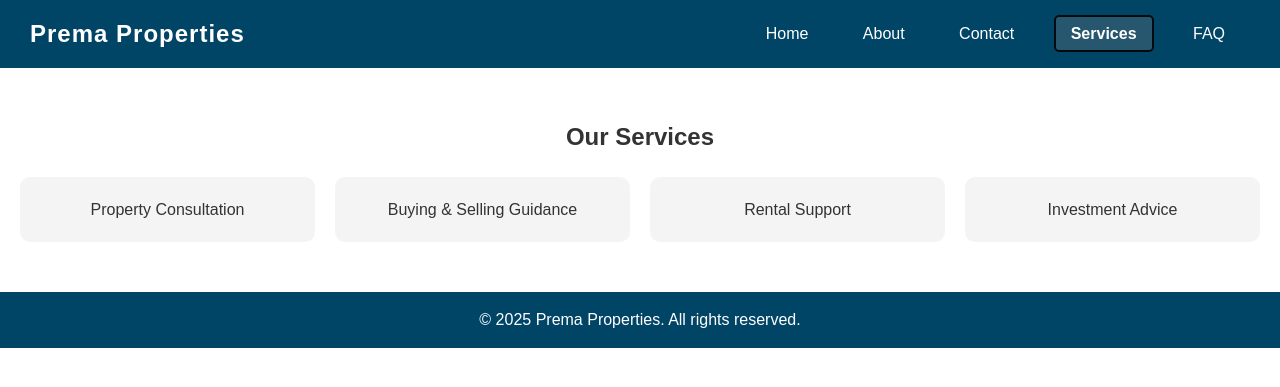
Repository: mnqobiMenzi/Prema-Properties
Page: services.html
An editor plug-in stored every save of this project. The page is shown before and after the next save, followed by the edit.
The browser window is 1280 px wide. The pictures show the whole page.

Above is the page before, as saved 2025-10-04 08:56:21.

### services.html
<!DOCTYPE html>
<html lang="en">
<head>
  <meta charset="UTF-8">
  <meta name="viewport" content="width=device-width, initial-scale=1.0">
  <title>Prema Properties</title>
  <link rel="stylesheet" href="CSS/style.css">
</head>
<body>

  <!-- Header / Navigation -->
  <header>
    <div class="logo">Prema Properties</div>
    <nav>
      <a href="index.html">Home</a>
      <a href="about-us.html">About</a>
      <a href="contact-us.html">Contact</a>
      <a href="#services" class="active">Services</a>
      <a href="FAQ.html">FAQ</a>
    </nav>
  </header>
  <!-- Services Section -->
  <section id="services" class="services">
    <h2>Our Services</h2>
    <div class="service-list">
      <div class="service">Property Consultation</div>
      <div class="service">Buying & Selling Guidance</div>
      <div class="service">Rental Support</div>
      <div class="service">Investment Advice</div>
    </div>
  </section>

  <!-- Footer -->
  <footer>
    <p>© 2025 Prema Properties. All rights reserved.</p>
  </footer>

</body>
</html>

### CSS/style.css
* {
  margin: 0;
  padding: 0;
  box-sizing: border-box;
  font-family: Arial, sans-serif;
}

body {
  line-height: 1.6;
  color: #333;
}

/* Header */
header {
  position: sticky;
  top: 0;
  display: flex;
  justify-content: space-between;
  align-items: center;
  padding: 15px 30px;
  background: #004466;
  color: #fff;
  z-index: 1000;
}
header .logo {
  font-size: 1.5em;
  font-weight: 700;
  font-family: 'Poppins', sans-serif;
  color: #fff;
  letter-spacing: 1px;
  display: flex;
  align-items: center;
}
header nav a {
  margin: 0 10px;
  color: #fff;
  padding: 8px 15px;
  border-radius: 5px;
  text-decoration: none;
  font-weight: 500;
  font-family: 'Poppins', sans-serif;
  transition: color 0.3s ease, border-bottom 0.3s ease;
}

header nav a:hover {
  color: #fff;
  background: rgba(128, 128, 128, 0.3);
  /* border-bottom: 2px solid #ffcc00; */
  padding-bottom: 3px;
}
/* Active link */
header nav a.active {
  background: rgba(128, 128, 128, 0.3);
  font-weight: bold;
  border: 2px solid #000a0f;
}
/* Hero */
.hero {
  background: url('https://source.unsplash.com/1600x600/?house,property') no-repeat center center/cover;
  color: white;
  text-align: center;
  padding: 100px 20px;
}
.hero h1 {
  font-size: 2.5em;
}
.hero .btn {
  display: inline-block;
  margin-top: 20px;
  padding: 10px 20px;
  background: #ff6600;
  color: white;
  border-radius: 5px;
  text-decoration: none;
}
.hero .btn:hover {
  background: #cc5200;
}

/* Sections */
section {
  padding: 50px 20px;
  text-align: center;
}
.services .service-list {
  display: grid;
  grid-template-columns: repeat(auto-fit, minmax(200px, 1fr));
  gap: 20px;
  margin-top: 20px;
}
.service {
  background: #f4f4f4;
  padding: 20px;
  border-radius: 10px;
}

/* Contact */
.contact form {
  display: flex;
  flex-direction: column;
  max-width: 400px;
  margin: auto;
}
.contact input, .contact textarea {
  margin-bottom: 15px;
  padding: 10px;
  border: 1px solid #ddd;
  border-radius: 5px;
}
.contact button {
  padding: 10px;
  border: none;
  background: #004466;
  color: white;
  cursor: pointer;
  border-radius: 5px;
}
.contact button:hover {
  background: #00334d;
}

/* Footer */
footer {
  background: #004466;
  color: #fff;
  text-align: center;
  padding: 15px;
}

After the next save:
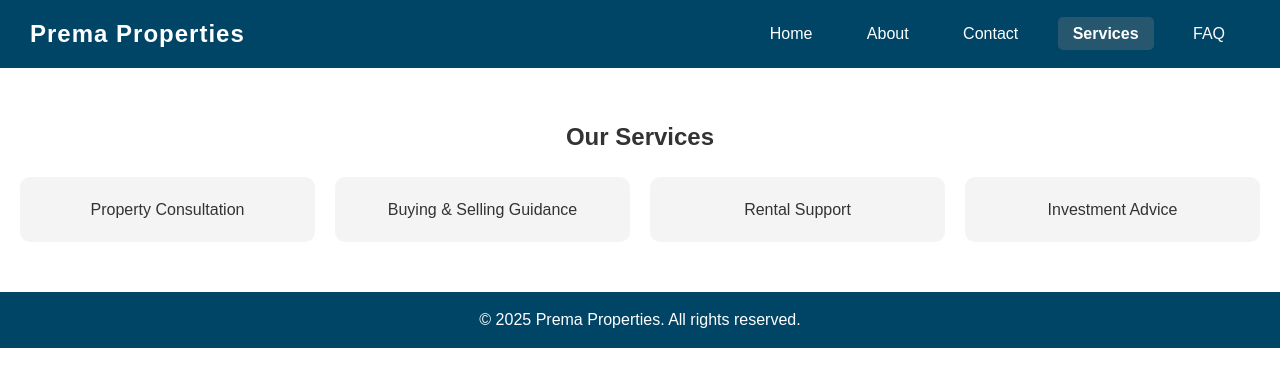
Saved 14 s later.
--- a/CSS/style.css
+++ b/CSS/style.css
@@ -52,7 +52,6 @@ header nav a:hover {
 header nav a.active {
   background: rgba(128, 128, 128, 0.3);
   font-weight: bold;
-  border: 2px solid #000a0f;
 }
 /* Hero */
 .hero {
